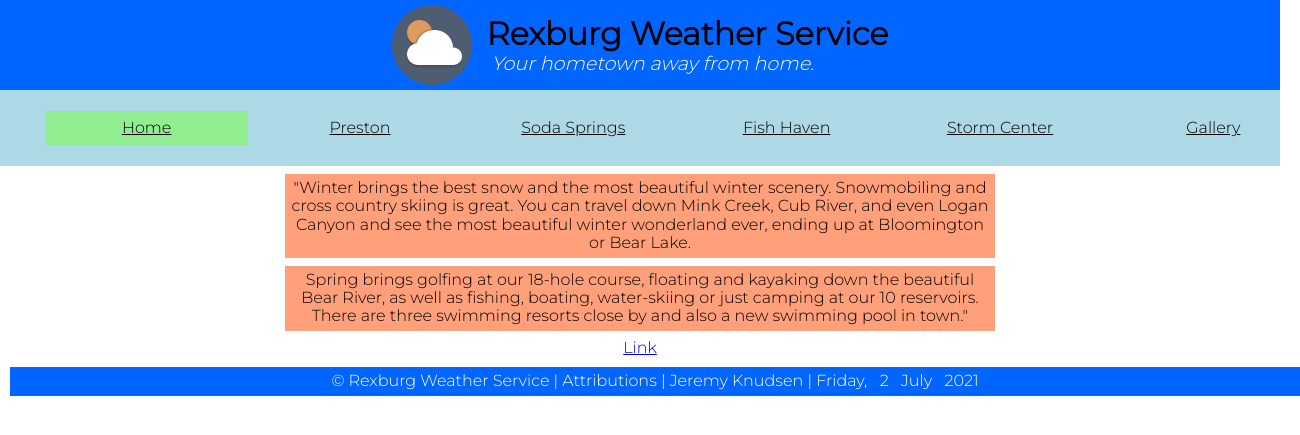
Repository: jknudsen97/jknudsen97.github.io
Page: lesson09/index.html
The author's editor kept a copy of each file at every save. The page is drawn from the files as they stood at one save, then again after the next save.
The browser window is 1280 px wide. The page is 1300 px wide, so the pictures cover 1300 px, including what lies to the right of the window. The pictures show the whole page.
The page's requests for data from a server got no answer.

Above is the page before, as saved 2021-07-02 18:47:06.

After the next save:
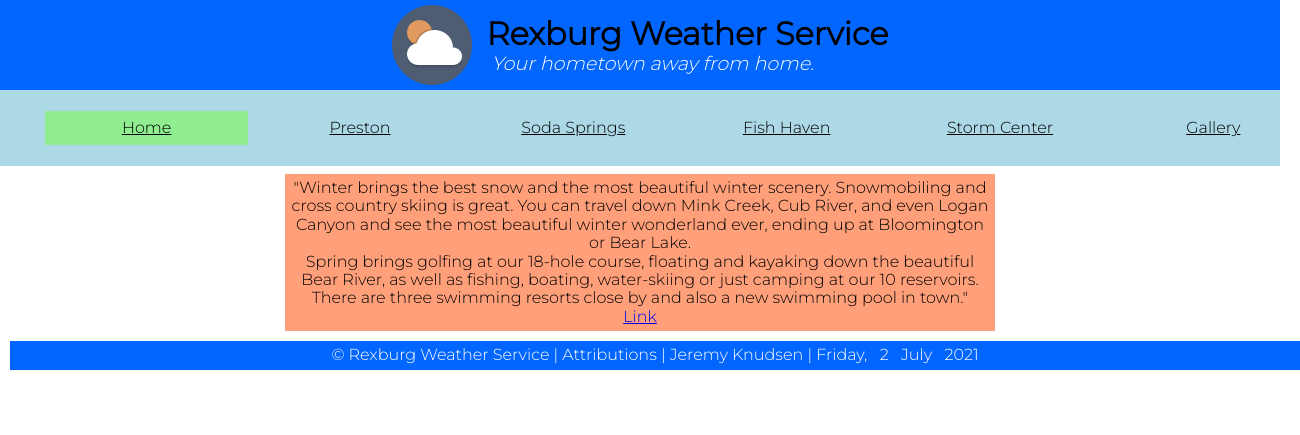
Saved 1 s later.
--- a/lesson09/index.html
+++ b/lesson09/index.html
@@ -44,21 +44,23 @@
 
         </div>
         <div class="extra">
-            "Winter brings the best snow and the most beautiful winter scenery.
-            Snowmobiling and cross country skiing is great.
-            You can travel down Mink Creek, Cub River,
-            and even Logan Canyon and see the most beautiful winter wonderland ever,
-            ending up at Bloomington or Bear Lake.
+            <div>
+                "Winter brings the best snow and the most beautiful winter scenery.
+                Snowmobiling and cross country skiing is great.
+                You can travel down Mink Creek, Cub River,
+                and even Logan Canyon and see the most beautiful winter wonderland ever,
+                ending up at Bloomington or Bear Lake.
+            </div>
+            <div>
+                Spring brings golfing at our 18-hole course,
+                floating and kayaking down the beautiful Bear River,
+                as well as fishing,
+                boating, water-skiing or just camping at our 10 reservoirs.
+                There are three swimming resorts close by and also a new
+                swimming pool in town."
+            </div>
+            <a href="https://www.prestonidaho.net/discover-the-natural-beauty-resorces-of-citys-outdoors/">Link</a>
         </div>
-        <div class="extra">
-            Spring brings golfing at our 18-hole course,
-            floating and kayaking down the beautiful Bear River,
-            as well as fishing,
-            boating, water-skiing or just camping at our 10 reservoirs.
-            There are three swimming resorts close by and also a new
-            swimming pool in town."
-        </div>
-        <a href="https://www.prestonidaho.net/discover-the-natural-beauty-resorces-of-citys-outdoors/">Link</a>
     </main>
     <footer>
         <div>&copy; Rexburg Weather Service | Attributions | Jeremy Knudsen |&nbsp;</div>
